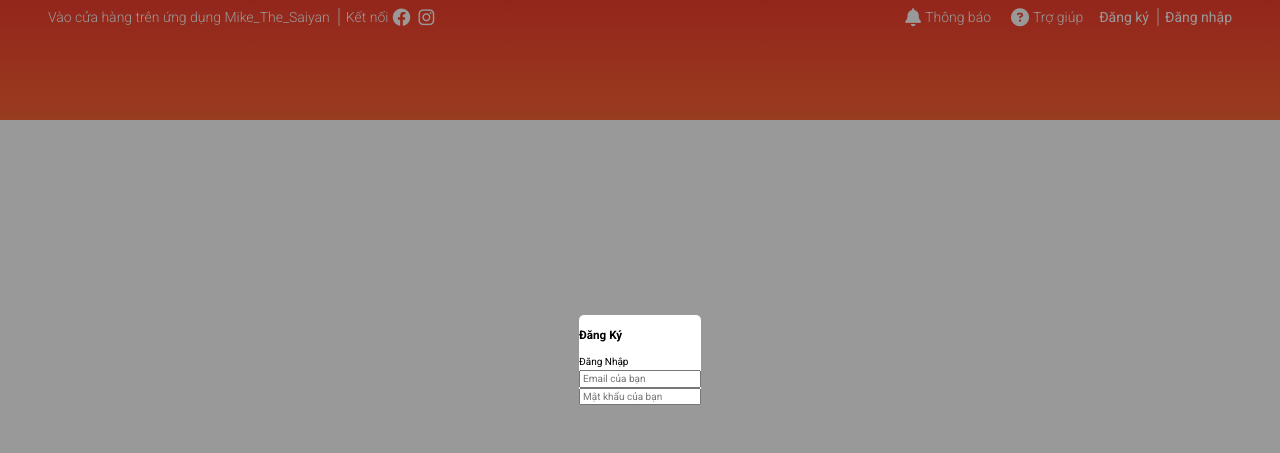
Repository: thefellowshiplotr/project_shopee
Page: index.html
These files come from the project's save history. The page is drawn as it stood at one moment and after the next save; the edit follows.
The browser window is 1280 px wide. The pictures show the whole page.

Above is the page before, as saved 2022-11-07 13:40:53.

### index.html
<!DOCTYPE html>
<html lang="en">
  <head>
    <meta charset="UTF-8" />
    <meta http-equiv="X-UA-Compatible" content="IE=edge" />
    <meta name="viewport" content="width=device-width, initial-scale=1.0" />
    <title>Shopee</title>
    <link
      rel="stylesheet"
      href="https://cdnjs.cloudflare.com/ajax/libs/normalize/8.0.1/normalize.min.css"
      integrity="sha512-NhSC1YmyruXifcj/KFRWoC561YpHpc5Jtzgvbuzx5VozKpWvQ+4nXhPdFgmx8xqexRcpAglTj9sIBWINXa8x5w=="
      crossorigin="anonymous"
      referrerpolicy="no-referrer"
    />
    <link rel="preconnect" href="https://fonts.googleapis.com" />
    <link rel="preconnect" href="https://fonts.gstatic.com" crossorigin />
    <link
      href="https://fonts.googleapis.com/css2?family=Roboto:wght@300;400;500;700&display=swap"
      rel="stylesheet"
    />
    <link rel="stylesheet" href="./assets/css/base.css" />
    <link rel="stylesheet" href="./assets/css/main.css" />
    <link
      rel="stylesheet"
      href="./assets/fonts/fontawesome-free-6.2.0-web/fontawesome-free-6.2.0-web/css/all.min.css"
    />
  </head>
  <body>
    <div class="wrapper">
      <header class="header">
        <div class="grid">
          <nav class="header__navbar">
            <ul class="header__navbar-list">
              <li
                class="header__navbar-item header__navbar-item-has-qr header__navbar-item--separate"
              >
                Vào cửa hàng trên ứng dụng Mike_The_Saiyan

                <!-- Header QR -->
                <div class="header__qr">
                  <img
                    src="./assets/img/QR-shopee.png"
                    alt="QR code"
                    class="header__qr-img"
                  />
                  <div class="header__qr-apps">
                    <a href="" class="header__qr-link">
                      <img
                        src="./assets/img/appstore.png"
                        alt="Appstore"
                        class="header__qr-download-img"
                      />
                    </a>
                    <a href="" class="header__qr-link">
                      <img
                        src="./assets/img/google-play.png"
                        alt="Google Play"
                        class="header__qr-download-img"
                      />
                    </a>
                    <!-- <a href="" class="header__qr-link">
                      <img
                        src="./assets/img/app-galery.png"
                        alt="App Galary"
                        class="header__qr-download-img"
                      />
                    </a> -->
                  </div>
                </div>
              </li>
              <li class="header__navbar-item">
                <span class="header__navbar-title--no-pointer">Kết nối</span>
                <a href="" class="header__navbar-icon-link"
                  ><i class="header__navbar-icon fa-brands fa-facebook"></i
                ></a>
                <a href="" class="header__navbar-icon-link"
                  ><i class="header__navbar-icon fa-brands fa-instagram"></i
                ></a>
              </li>
            </ul>
            <ul class="header__navbar-list">
              <li class="header__navbar-item header__navbar-item--has-notify">
                <a href="" class="header__navbar-item-link">
                  <i class="header__navbar-icon fa-solid fa-bell"></i>
                  Thông báo
                </a>
                <div class="header__notify">
                  <header class="header__notify-header">
                    <h3>Thông báo mới nhận</h3>
                  </header>
                  <ul class="header__notify-list">
                    <li class="header__notify-item header__notify-item--viewed">
                      <a href="" class="header__notify-link">
                        <img
                          src="https://cdn.abphotos.link/photos/resized/200x120/83-1625652146-myphamohui-lgvina.png"
                          alt=""
                          class="header__notify-img"
                        />
                        <div class="header__notify-info">
                          <span class="header__notify-name"
                            >Xác thực chính hãng nguồn gốc các sản phẩm
                            Ohui</span
                          >
                          <span class="header__notify-description"
                            >Hiddentag là giải pháp xác thực hàng chính hãng
                            bằng công nghệ tiên tiến nhất hiện nay</span
                          >
                        </div>
                      </a>
                    </li>
                    <li class="header__notify-item header__notify-item--viewed">
                      <a href="" class="header__notify-link">
                        <img
                          src="https://cdn.abphotos.link/photos/resized/200x120/1653708536-php4dvzf5.png"
                          alt=""
                          class="header__notify-img"
                        />
                        <div class="header__notify-info">
                          <span class="header__notify-name"
                            >Kem trắng da Ohui có tốt không? Review kem dưỡng
                            trắng da OHUI Extreme White chi tiết</span
                          >
                          <span class="header__notify-description"
                            >Sản phẩm là sự lựa chọn hoàn hảo cho các quý cô
                            đang gặp vấn đề nám, tàn nhang, thâm sạm,…</span
                          >
                        </div>
                      </a>
                    </li>
                    <li class="header__notify-item header__notify-item--viewed">
                      <a href="" class="header__notify-link">
                        <img
                          src="https://cdn.abphotos.link/photos/resized/200x120/1653706577-phpmugy75.png"
                          alt=""
                          class="header__notify-img"
                        />
                        <div class="header__notify-info">
                          <span class="header__notify-name"
                            >Review kem chống nắng OHUI cho da dầu - OHUI Day
                            Shield Perfect Sun Black</span
                          >
                          <span class="header__notify-description"
                            >Sản phẩm kem chống nắng OHUI Perfect Sun Black
                            chống nước có thể sử dụng đi bơi hoặc hoạt động
                            ngoài trời.</span
                          >
                        </div>
                      </a>
                    </li>
                  </ul>
                  <footer class="header__notify-footer">
                    <a href="" class="header__notify-footer-btn">Xem tất cả</a>
                  </footer>
                </div>
              </li>
              <li class="header__navbar-item">
                <a href="" class="header__navbar-item-link">
                  <i
                    class="header__navbar-icon fa-solid fa-circle-question"
                  ></i>
                  Trợ giúp
                </a>
              </li>
              <li
                class="header__navbar-item header__navbar-item--strong header__navbar-item--separate"
              >
                Đăng ký
              </li>
              <li class="header__navbar-item header__navbar-item--strong">
                Đăng nhập
              </li>
            </ul>
          </nav>
        </div>
      </header>

      <div class="container"></div>

      <footer class="footer"></footer>
    </div>

    <!-- Modal Layout -->

    <div class="modal">
      <div class="modal__overlay"></div>
      <div class="modal__body">
        <div class="modal__inner">
          <!-- Authen form -->

          <div class="auth-form">
            <div class="auth-form__header">
              <h3 class="auth-form__heading">Đăng Ký</h3>
              <span class="auth-form__switch-btn">Đăng Nhập</span>
            </div>

            <div class="auth-form__form">
              <div class="auth-form__group">
                <input
                  type="text"
                  class="auth-form__input"
                  placeholder="Email của bạn"
                />
              </div>
              <div class="auth-form__group">
                <input
                  type="password"
                  class="auth-form__input"
                  placeholder="Mật khẩu của bạn"
                />
              </div>
            </div>
          </div>
        </div>
      </div>
    </div>
  </body>
</html>

### assets/css/base.css
:root {
  --primary-color: #ee4d2d;
  --white-color: #fff;
  --black-color: #000;
  --text-color: #333;
}

* {
  box-sizing: inherit;
}

html {
  font-size: 62.5%; /* Sử dụng kĩ thuật HACK*/
  line-height: 1.6rem;
  font-family: "Roboto", sans-serif;
  box-sizing: border-box;
}

.grid {
  width: 1200px;
  max-width: 100%;
  margin: 0 auto;
}

.grid__full-width {
  width: 100%;
}

.grid__row {
  display: flex;
  flex-wrap: wrap;
}

/* Animation */
@keyframes fadeIn {
  from {
    opacity: 0;
  }
  to {
    opacity: 1;
  }
}

/* Modal */
.modal {
  position: fixed;
  top: 0;
  right: 0;
  bottom: 0;
  left: 0;
  display: flex;
}

.modal__overlay {
  position: absolute;
  width: 100%;
  height: 100%;
  background-color: rgba(0, 0, 0, 0.4);
}

.modal__body {
  background-color: var(--white-color);
  margin: auto;
  position: relative;
  z-index: 1;
  border-radius: 5px;
}

### assets/css/main.css
.header {
  height: 120px;
  background-image: linear-gradient(0, #fe6433, #f53e2d);
}

.header__navbar {
  display: flex;
  justify-content: space-between;
  align-items: center;
}

.header__navbar-list {
  list-style: none;
  padding-left: 0;
  margin-top: 4px;
  display: flex; /* thêm */
  align-items: center;
}

.header__navbar-item {
  margin: 0 8px;
  position: relative;
  min-height: 25px;
}

.header__navbar-item-has-qr:hover .header__qr {
  display: block;
}

.header__navbar-item--has-notify:hover .header__notify {
  display: block;
}

.header__navbar-item,
.header__navbar-item-link {
  display: inline-block;
  font-size: 1.4rem;
  color: var(--white-color);
  text-decoration: none;
  font-weight: 300;
}

.header__navbar-item,
.header__navbar-item-link,
.header__navbar-icon-link {
  display: inline-flex;
  align-items: center;
}

.header__navbar-item:hover,
.header__navbar-item-link:hover,
.header__navbar-icon-link:hover {
  cursor: pointer;
  color: rgba(255, 255, 255, 0.7);
}

.header__navbar-item--strong {
  font-weight: 400;
}

.header__navbar-item--separate::after {
  content: "";
  display: block;
  position: absolute;
  border: 1px solid #fb9086;
  height: 16px;
  right: -10px;
  top: 50%;
  transform: translateY(-50%);
}

.header__navbar-icon-link {
  color: var(--white-color);
  text-decoration: none;
}

.header__navbar-icon {
  font-size: 1.8rem;
  margin: 0 4px;
}

.header__navbar-title--no-pointer {
  cursor: text;
  color: var(--white-color);
}

/* Header QR code*/
.header__qr {
  width: 186px;
  background-color: var(--white-color);
  position: absolute;
  left: 0;
  top: 118%; /* làm cho nó cao bằng 100% chiều cao của thằng chứa nó*/
  padding: 8px;
  border-radius: 2px;
  display: none;
  animation: fadeIn ease-in 0.4s;
}

.header__qr::before {
  position: absolute;
  left: 0;
  top: -16px;
  width: 100%;
  height: 20px;
  content: "";
  display: block;
}

.header__qr-img {
  width: 100%;
}

.header__qr-apps {
  display: flex;
  justify-content: space-between;
  flex-wrap: wrap;
  margin-top: 5px;
}

.header__qr-link:nth-child(1) {
  margin-left: 9px;
}

.header__qr-link:nth-child(2) {
  margin-right: 9px;
}
.header__qr-link:nth-child(3) {
  margin-left: 8px;
  margin-top: 8px;
}

.header__qr-download-img {
  height: 16px;
}

/* header notification */

.header__notify {
  position: absolute;
  margin-top: 5px;
  top: 100%;
  width: 404px;
  right: 0;
  border: 1px solid #d3d3d3;
  background-color: var(--white-color);
  cursor: default;
  transform-origin: calc(100% - 20px) top;
  animation: headerNotifyGrowth ease-in 0.2s;
  will-change: opacity, transform;
  display: none;
}

.header__notify::before {
  content: "";
  border-width: 20px 27px;
  border-style: solid;
  border-color: transparent transparent var(--white-color) transparent;
  position: absolute;
  right: 0px;
  top: -27px;
}

.header__notify::after {
  content: "";
  display: block;
  position: absolute;
  width: 90px;
  height: 20px;
  right: 0;
  top: -16px;
}

@keyframes headerNotifyGrowth {
  from {
    opacity: 0;
    transform: scale(0);
  }
  to {
    opacity: 1;
    transform: scale(1);
  }
}

.header__notify-header {
  height: 40px;
  background-color: var(--white-color);
}

.header__notify-header h3 {
  color: #999;
  margin: 0 0 0 12px;
  font-weight: 400;
  font-size: 1.4rem;
  line-height: 40px;
  user-select: none;
  -webkit-user-select: none;
}

.header__notify-list {
  padding-left: 0;
}

.header__notify-item {
  display: flex;
}

.header__notify-item:hover {
  background-color: #f7f7f7;
}

.header__notify-item--viewed {
  background-color: rgba(238, 75, 43, 0.08);
}

.header__notify-link {
  display: flex;
  width: 100%;
  padding: 12px;
  text-decoration: none;
}

.header__notify-img {
  width: 48px;
  object-fit: contain;
}

.header__notify-info {
  margin-left: 12px;
}

.header__notify-name {
  display: block;
  color: var(--text-color);
  font-size: 1.4rem;
  font-weight: 400;
  line-height: calc(2 / 1.4);
}

.header__notify-description {
  display: block;
  font-size: 1.2rem;
  line-height: calc(1.8 / 1.2);
  color: #756f6e;
  margin-top: 4px;
}

.header__notify-footer {
  display: flex;
}

.header__notify-footer-btn {
  text-decoration: none;
  color: var(--text-color);
  width: 100%;
  padding: 8px 0;
  text-align: center;
  font-size: 1.4rem;
  font-weight: 400;
}

Loaded but not shown: assets/fonts/fontawesome-free-6.2.0-web/fontawesome-free-6.2.0-web/css/all.min.css (library)

After the next save:
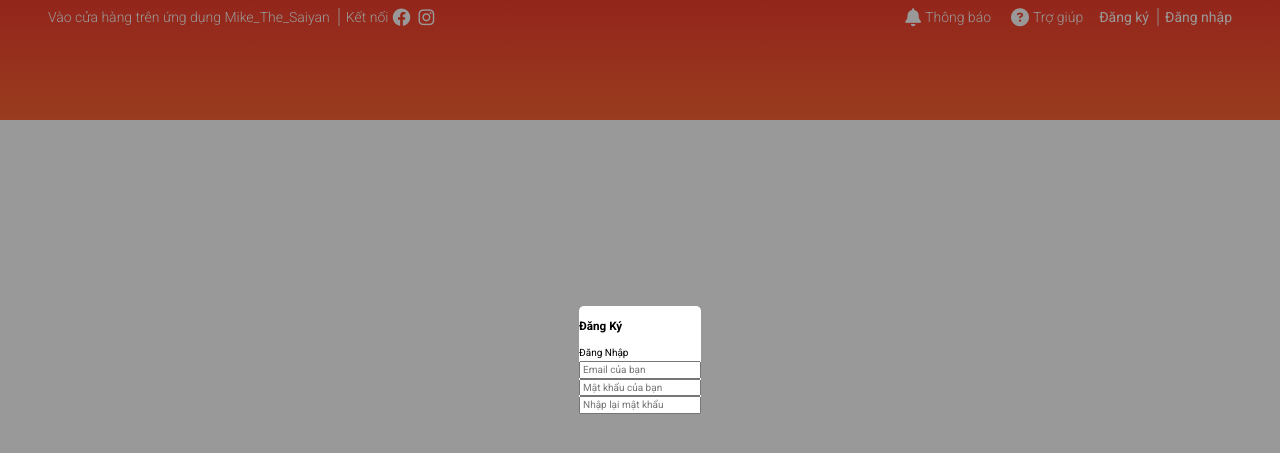
Saved 118 s later.
--- a/index.html
+++ b/index.html
@@ -208,6 +208,13 @@
                   placeholder="Mật khẩu của bạn"
                 />
               </div>
+              <div class="auth-form__group">
+                <input
+                  type="password"
+                  class="auth-form__input"
+                  placeholder="Nhập lại mật khẩu"
+                />
+              </div>
             </div>
           </div>
         </div>
